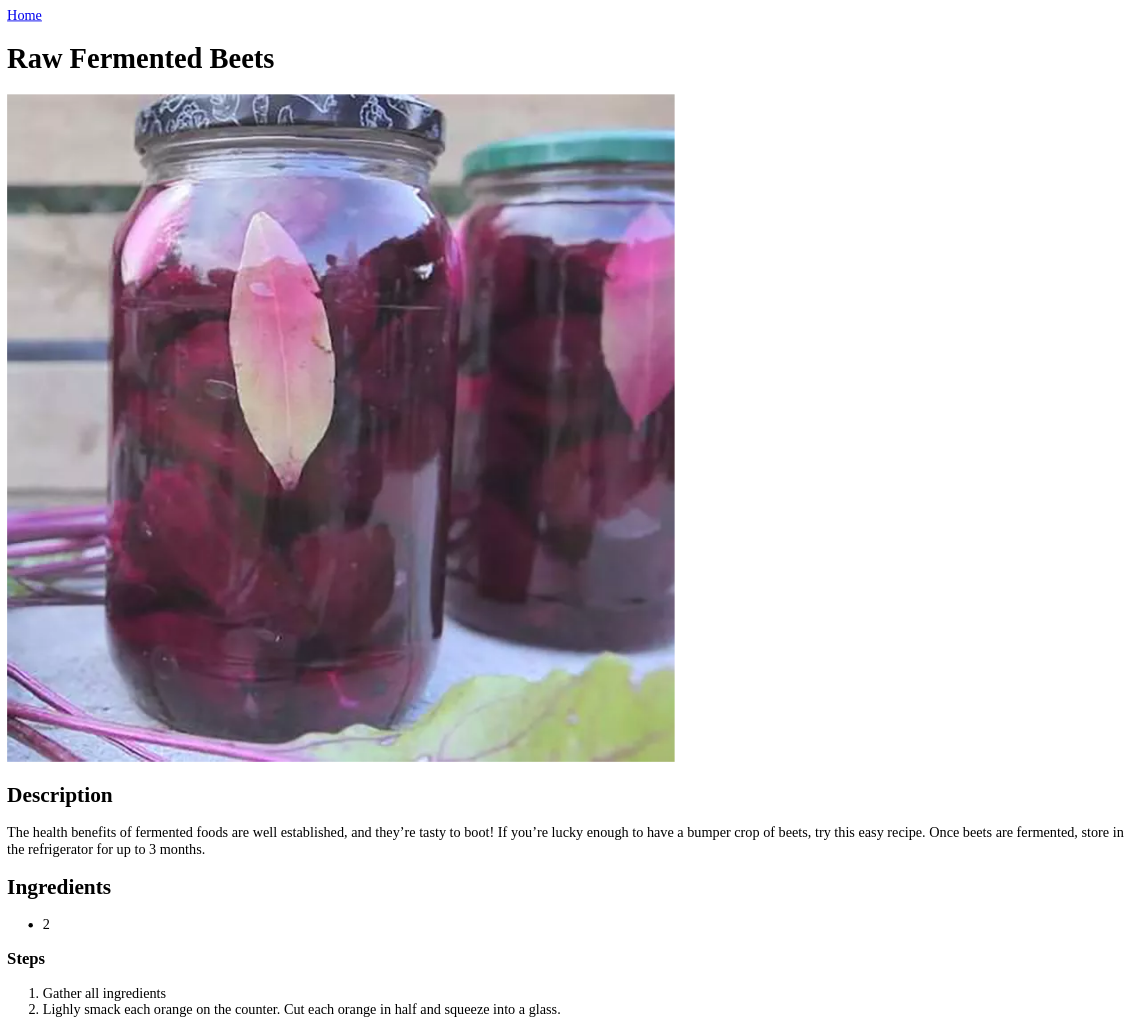
Repository: itsDevAK/odin-recipes
Page: recipes/fermented-beets.html
The author's editor kept a copy of each file at every save. The page is drawn from the files as they stood at one save, then again after the next save.
The browser window is 1280 px wide. The pictures show the whole page, at 89% of full size.

Above is the page before, as saved 2026-09-17 13:24:02.

After the next save:
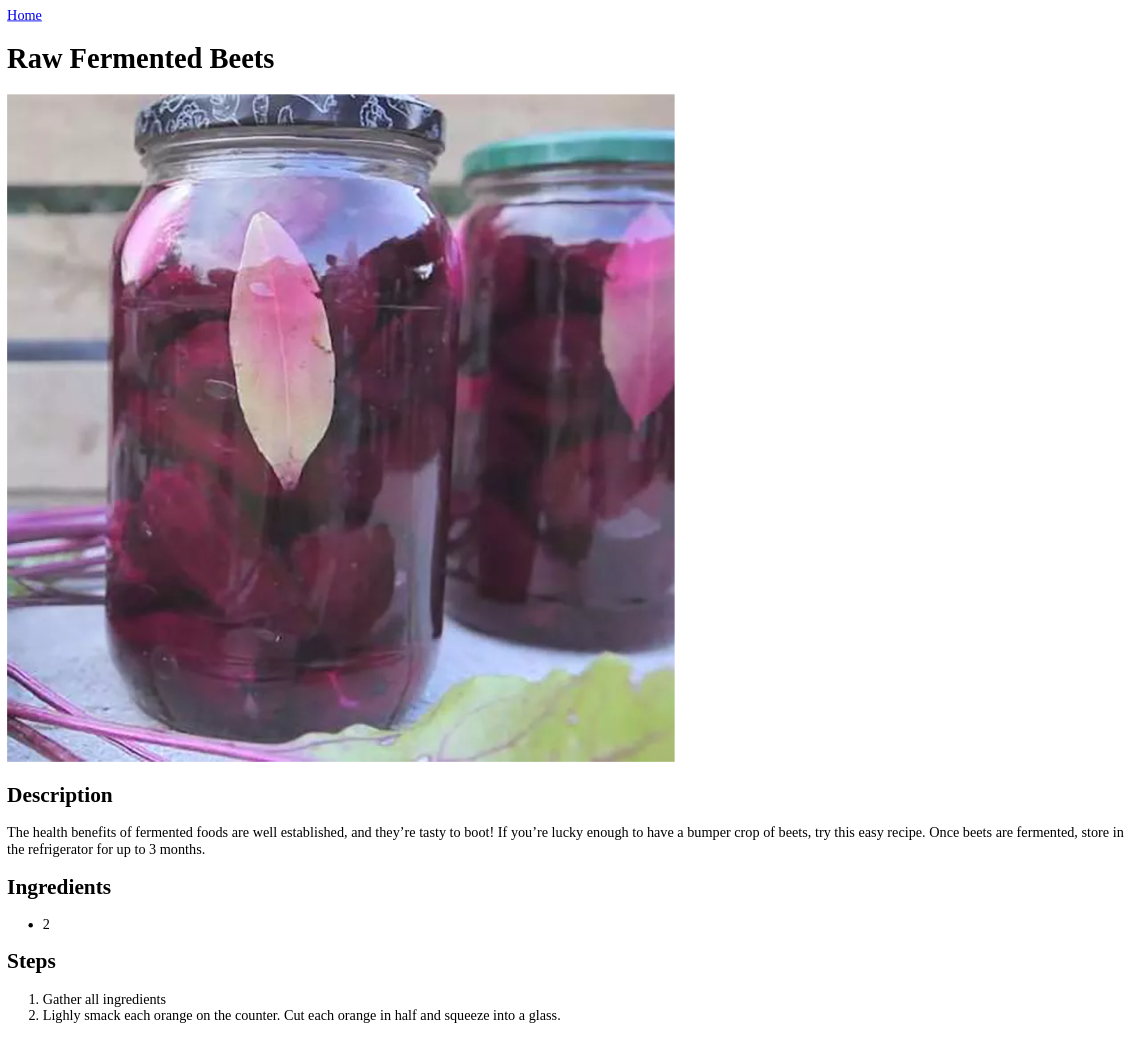
Saved 5 s later.
--- a/recipes/fermented-beets.html
+++ b/recipes/fermented-beets.html
@@ -15,7 +15,7 @@
     <ul>
         <li>2</li>
     </ul>
-    <h3>Steps</h3>
+    <h2>Steps</h2>
     <ol>
         <li>Gather all ingredients</li>
         <li>Lighly smack each orange on the counter. Cut each orange in half and squeeze into a glass.</li>
